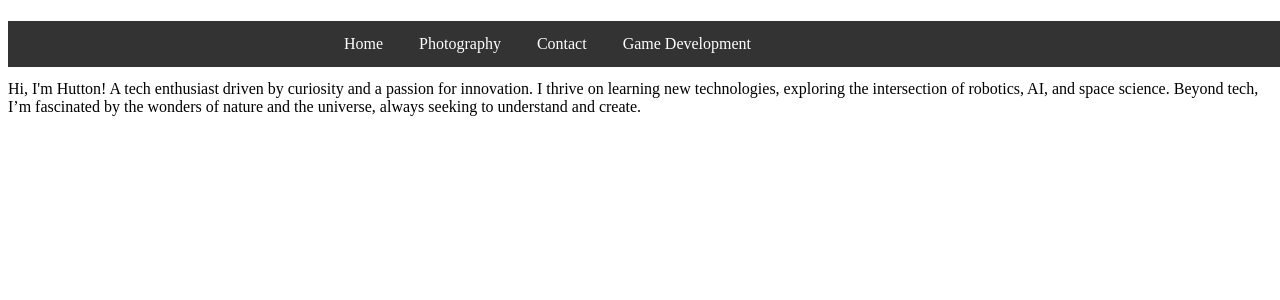
Repository: Argivist/ArgPortfolio
Page: index.html
An editor plug-in stored every save of this project. The page is shown before and after the next save, followed by the edit.
The browser window is 1280 px wide. The pictures show the whole page.

Above is the page before, as saved 2025-03-28 15:00:34.

### index.html
<!DOCTYPE html>
<html lang="en">

<head>
    <meta charset="UTF-8">
    <meta name="viewport" content="width=device-width, initial-scale=1.0">
    <link rel="stylesheet" href="css/styles.css">
    <link rel="stylesheet" href="css/nav.css">

    <title>Hutton Amison-Addy</title>
</head>

<body>
    <nav>
        <ul>
            <li class="nav-content"><a href="index.html">Home</a></li>
            <li class="nav-content"><a href="https://www.instagram.com/theworldinoneseye/">Photography</a></li>

            <li class="dropdown nav-content">
                <a href="contact.html">Contact</a>
                <ul class="dropdown-content">
                    <li><a href="https://www.linkedin.com/in/hutton-amison-addy-7b1b3b1b1/">LinkedIn</a></li>
                    <li><a href="https://www.github.com/Argivist">GitHub</a></li>
                    <li><a href="mailto:hutton.amison@ashesi.edu.gh">hutton.amison@ashesi.edu.gh</a></li>
                    <li><a href="mailto:huttonaaddy.public@gmail.com">huttonaaddy.public@gmail.com</a></li>
                </ul>
            </li>

            <li class="dropdown nav-content">
                <a href="#">Game Development</a>
                <ul class="dropdown-content">
                    <li><a href="game/index.html">Game Development Projects</a></li>
                    <li><a href="blender/index.html">Blender</a></li>
                </ul>
            </li>
        </ul>
    </nav>

    <div>
        <h1>This is me!</h1>
        <p class="desc">
            Hi, I'm Hutton! A tech enthusiast driven by curiosity and a passion for innovation. I thrive on learning new technologies, exploring the intersection of robotics, AI, and space science. Beyond tech, I’m fascinated by the wonders of nature and the universe, always seeking to understand and create.
        </p>
    </div>

</body>

</html>

### css/nav.css
/* NAV Content and Dropdown */
.nav-content {
    position: relative;
    display: inline-block;
}

.dropdown {
    position: relative; /* For proper absolute positioning of its child */
    display: inline-block;
}

.dropdown:hover .dropdown-content {
    display: block;
}

.dropdown-content {
    display: none;
    position: absolute; /* Changed from relative to absolute */
    background-color: #f9f9f9;
    min-width: 160px;
    box-shadow: 0px 8px 16px 0px rgba(0,0,0,0.2);
    z-index: 1;
}

/* Nav Stylisation */
nav {
    background-color: #333;
    position: fixed;
    width: 100vw;
    z-index: 100;
}

/* nav ul {
    list-style-type: none;
    margin: 0;
    padding: 0;
    overflow: hidden;
    margin-left: 50%;
    transform: translateX(-50%);
} */
nav ul {
    list-style-type: none;
    margin: 0;
    padding: 0;
    margin-left: 50%;
    transform: translateX(-50%);
}

.dropdown ul{
    width: 100%;
}

nav ul li {
    display: inline-block; /* Better control than 'inline' */
    margin: 0;
}

nav ul li a {
    display: block;
    color: white;
    text-align: center;
    padding: 14px 16px;
    text-decoration: none;
}

nav ul li a:hover {
    background-color: #111;
}

Loaded but not shown: css/styles.css (no stored copy; drawn as an empty file)

After the next save:
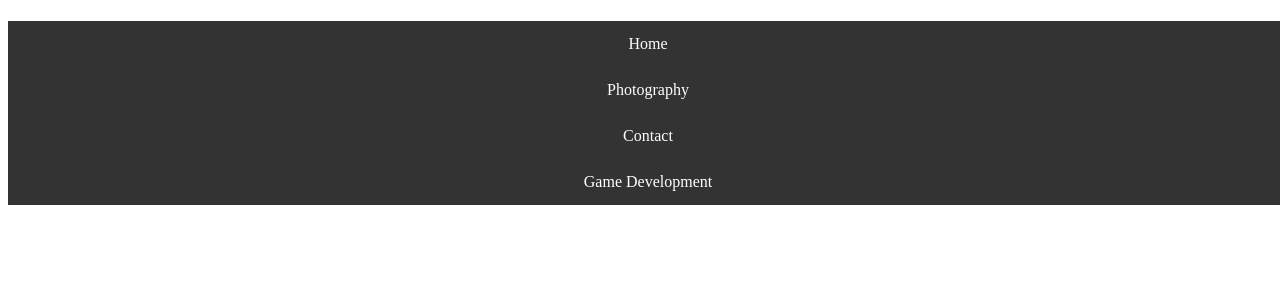
Saved 17 s later.
--- a/css/nav.css
+++ b/css/nav.css
@@ -53,6 +53,8 @@
 nav ul li {
     display: inline-block; /* Better control than 'inline' */
     margin: 0;
+    width: 100%;
+    text-align: center;
 }
 
 nav ul li a {

After the save that followed:
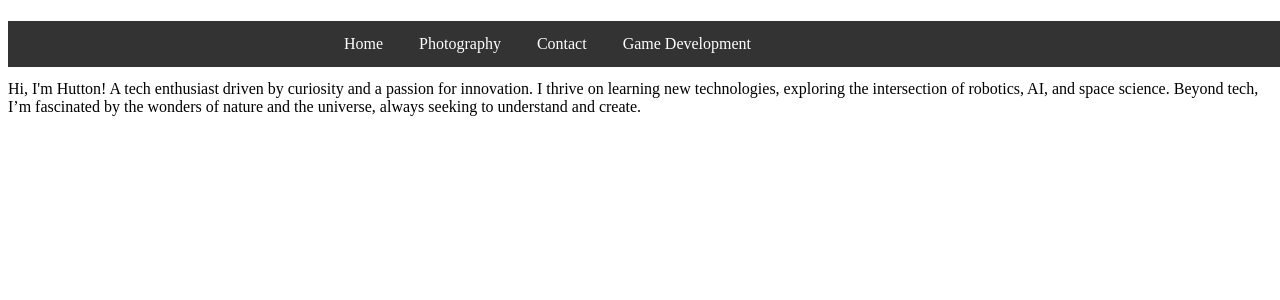
Saved 20 s later.
--- a/css/nav.css
+++ b/css/nav.css
@@ -46,14 +46,14 @@
     transform: translateX(-50%);
 }
 
-.dropdown ul{
+.dropdown ul li{
     width: 100%;
 }
 
 nav ul li {
     display: inline-block; /* Better control than 'inline' */
     margin: 0;
-    width: 100%;
+    /* width: 100%; */
     text-align: center;
 }
 
